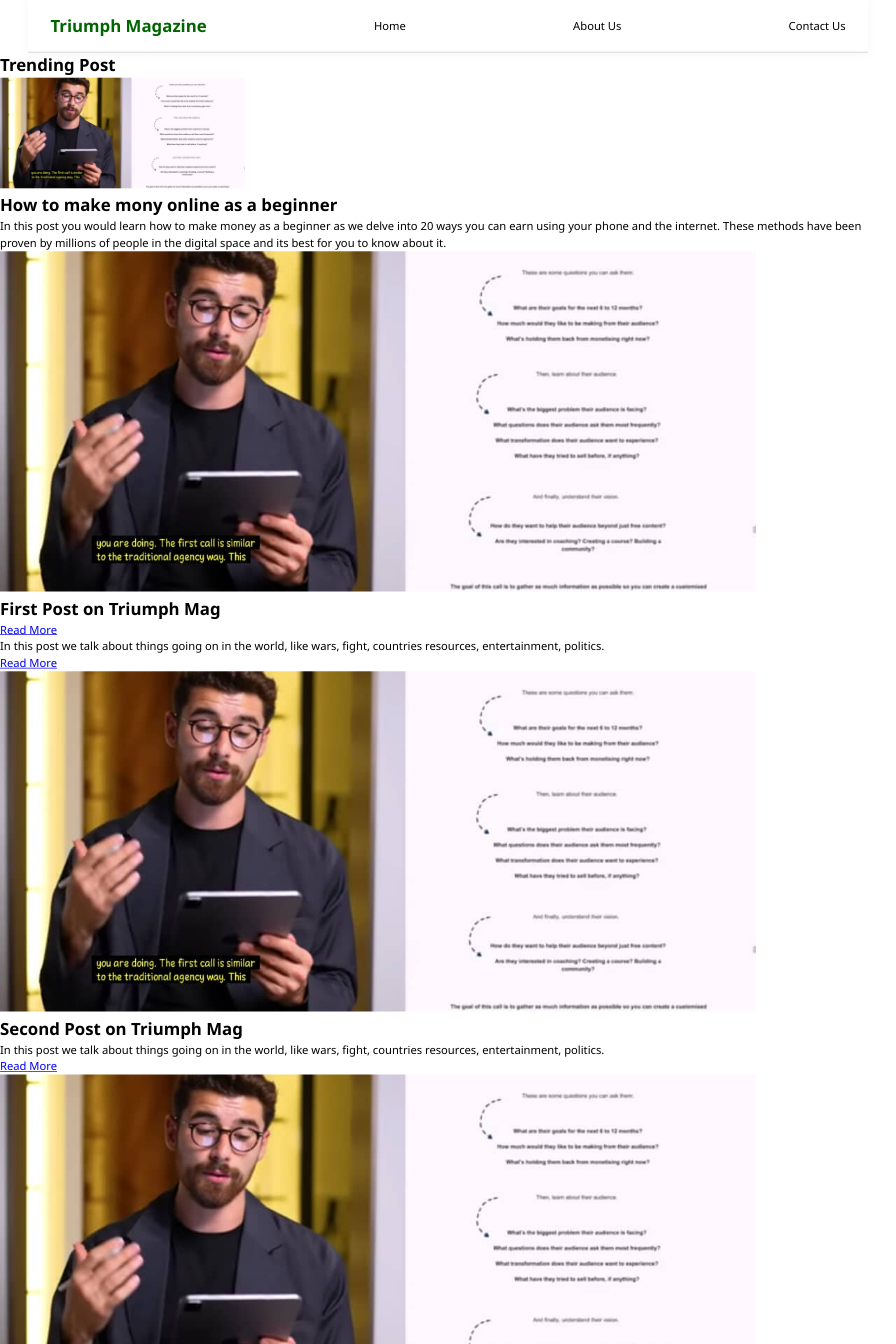
Repository: zikcolle/Triumph-Blog
Page: index.html
An editor plug-in stored every save of this project. The page is shown before and after a run of saves, followed by the edit.
The browser window is 1280 px wide. The pictures show the part of the page from y = 0 to 1920 px (the page is 4487 px tall before and 4663 px after), at 70% of full size.

Above is the page before, as saved 2026-06-20 15:34:12.

### index.html
<!DOCTYPE html>
<html lang="en">

<head>
    <meta charset="UTF-8">
    <meta name="viewport" content="width=device-width, initial-scale=1.0">
    <title>Triumph Magazine</title>
    <link rel="stylesheet" href="styles.css">
</head>

<body>
    <header>
        <h2>Triumph Magazine</h2>
            <a href="#">Home</a></li>
            <a href="/about-us">About Us</a>
            <a href="/contact-us">Contact Us</a>
    </header>

    <main>
        <section>
            <div>
                <h2 class="label-post">Trending Post</h2>
            </div>
            <div class="feat-post">
                <img src="simage\postiman.jpeg">
                <h1>How to make mony online as a beginner</h1>
                <p>In this post you would learn how to make money as a beginner as we delve into 20 ways you can earn
                    using your phone and the internet. These methods have been proven by millions of people in the
                    digital space and its best for you to know about it.</p>
            </div>
        </section>

        <section class="post-grid">
            <div class="blog-post">
                <img src="simage\postiman.jpeg">
                <h1>First Post on Triumph Mag</h1><a href="#" class="read-more">Read More</a>
                <p>In this post we talk about things going on in the world, like wars, fight, countries resources,
                    entertainment, politics.</p>
                <a href="#" class="read-more">Read More</a>
            </div>

            <div class="blog-post">
                <img src="simage\postiman.jpeg">
                <h1>Second Post on Triumph Mag</h1>
                <p>In this post we talk about things going on in the world, like wars, fight, countries resources,
                    entertainment, politics.</p>
                <a href="#" class="read-more">Read More</a>
            </div>

            <div class="blog-post">
                <img src="simage\postiman.jpeg">
                <h1>Third Post on Triumph Mag</h1>
                <p>In this post we talk about things going on in the world, like wars, fight, countries resources,
                    entertainment, politics.</p>
                <a href="#" class="read-more">Read More</a>
            </div>

            <div class="blog-post">
                <img src="simage\postiman.jpeg">
                <h1>Fourth Post on Triumph Mag</h1>
                <p>In this post we talk about things going on in the world, like wars, fight, countries resources,
                    entertainment, politics.</p>
                <a href="#" class="read-more">Read More</a>
            </div>

            <div class="blog-post">
                <img src="simage\postiman.jpeg">
                <h1>Fifth Post on Triumph Mag</h1>
                <p>In this post we talk about things going on in the world, like wars, fight, countries resources,
                    entertainment, politics.</p>
                <a href="#" class="read-more">Read More</a>
            </div>

            <div class="blog-post">
                <img src="simage\postiman.jpeg">
                <h1>Sixth Post on Triumph Mag</h1>
                <p>In this post we talk about things going on in the world, like wars, fight, countries resources,
                    entertainment, politics.</p>
                <a href="#" class="read-more">Read More</a>
            </div>

            <div><a href="/blog">View More Posts</a></div>
        </section>

        <section>
            <h2>Related Posts</h2>

            <div class="blog-post">
                <img src="simage\postiman.jpeg">
                <h1><a href="/blog">Sixth Post on Triumph Mag</a></h1>
            </div>
        </section>
    </main>

    <footer>
        <h2>Triumph Magazine</h2>
        <p>© 2026 Triumph Magazine. All rights reserved.</p>
    </footer>

</body>

</html>

### styles.css
* {
    margin: 0;
    box-sizing: border-box;
    scroll-behavior: smooth;
}

body {
    background-color: rgb(255, 255, 255);
    color: rgb(0, 0, 0);
    font-family:'Segoe UI', Tahoma, Geneva, Verdana, sans-serif;
    line-height: 1.5;
}

header {
    position: sticky;
    display: flex;
    justify-content: space-between;
    align-items: center;
    margin: 0 auto;
    max-width: 1200px;
    background-color: rgba(255,255,255,0.92);
    border-bottom: 1px solid rgba(0, 0, 0, 0.213);
    backdrop-filter: blur(20px) saturate(180%);
    -webkit-backdrop-filter: blur(20px) saturate(180%);
    box-shadow: 0 1px 0 rgba(0,0,0,0.04), 0 2px 16px rgba(0,0,0,0.04);
    padding: 1.2rem 2rem;
    top: 0;
    z-index: 100;
    color: rgb(0, 101, 0);
}

header a {
    text-decoration: none;
    color: rgb(0, 0, 0);
}

header a:hover {
    text-decoration: none;
    color: rgb(0, 101, 0);
    text-decoration: underline;
}

<main>
.feat-post {
    background-color: rgb(255, 255, 255);
    border: 2px solid rgb(0, 0, 0);
    max-width: 350px;
}

.feat-post img {
    max-width: 350px;
}

After the next 2 saves:
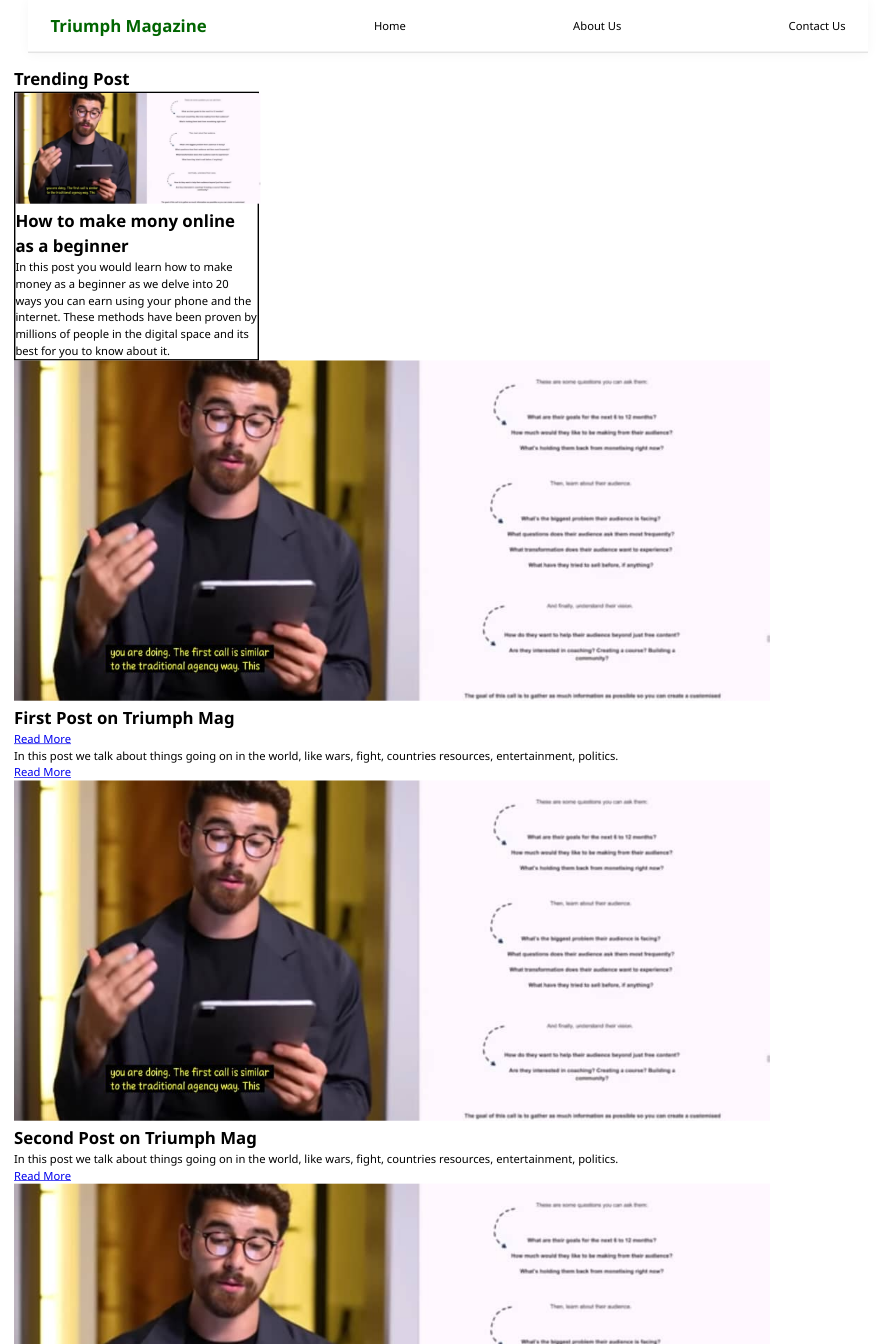
The 2 saves are shown as one change because they came seconds apart.
The last was saved 7 s later.
--- a/styles.css
+++ b/styles.css
@@ -40,7 +40,9 @@ header a:hover {
     text-decoration: underline;
 }
 
-<main>
+main {
+    padding: 20px;
+}
 .feat-post {
     background-color: rgb(255, 255, 255);
     border: 2px solid rgb(0, 0, 0);
